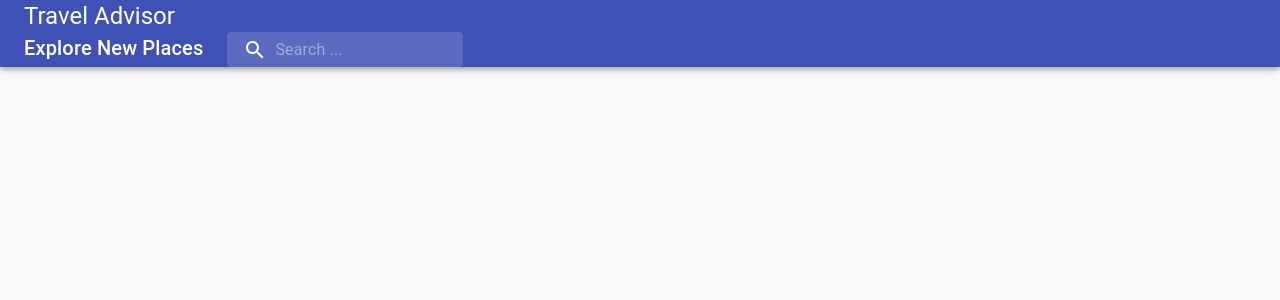
Repository: MuniruIssah/travel_advisor
Page: /
An editor plug-in stored every save of this project. The page is shown before and after the next save, followed by the edit.
The browser window is 1280 px wide. The pictures show the whole page.
The project was rebuilt for these pictures with package versions that can differ from the ones it lists, and the page was loaded fresh each time. Also part of the build but not shown: src/components/PlaceDetails/PlaceDetails.jsx.

Above is the page before, as saved 2022-02-15 11:53:26.

After the next save:
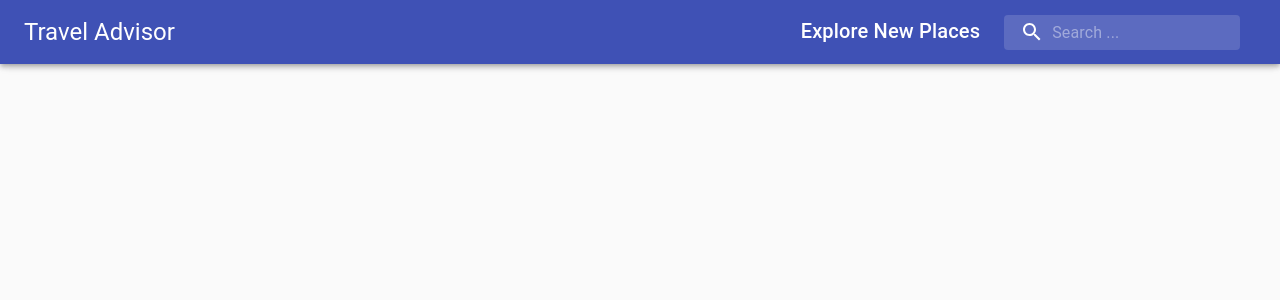
Saved 32 s later.
--- a/src/components/Header/Header.jsx
+++ b/src/components/Header/Header.jsx
@@ -7,7 +7,7 @@
     const classes=useStyles()
     return(
         <AppBar postion='static'>
-            <Toolbar className={classes.title}>
+            <Toolbar className={classes.toolbar}>
                 <Typography variant ="h5" className={classes.title}>
                     Travel Advisor
                 </Typography>
